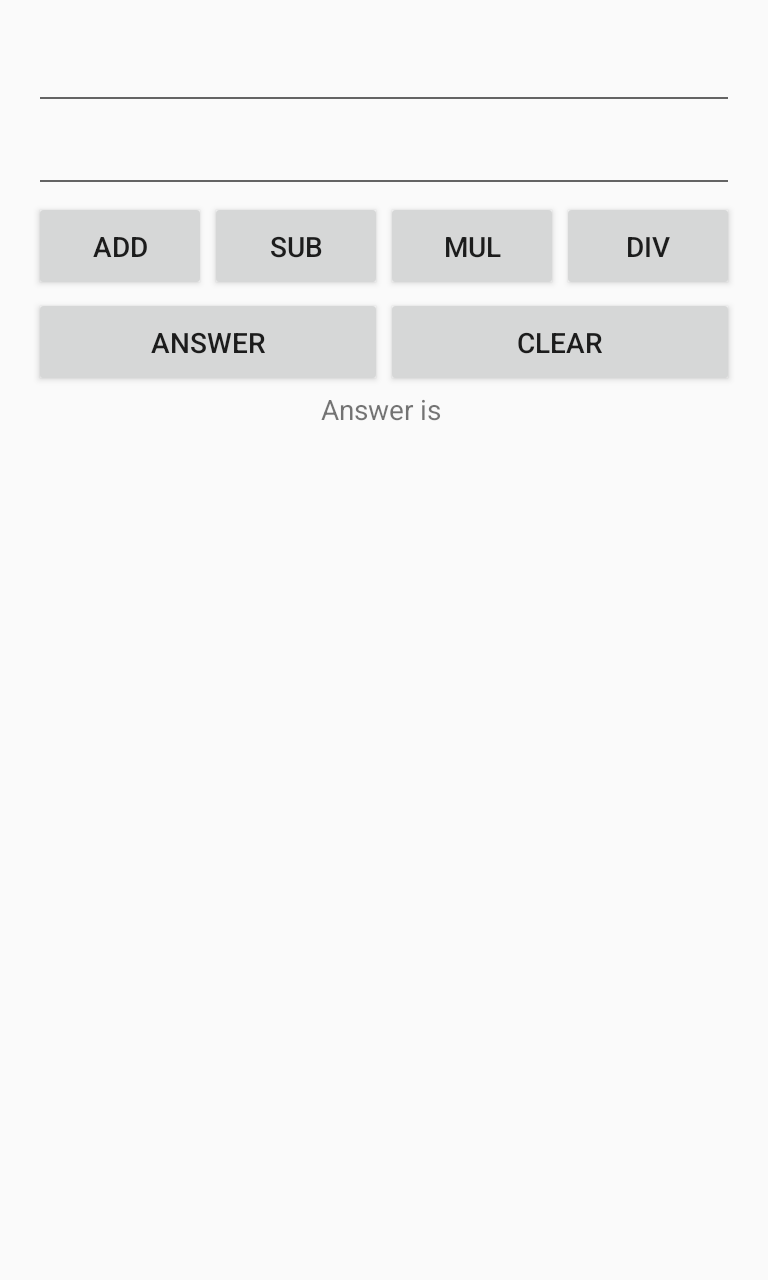
Repository: tamilkarun/Android
Layout: Calc/res/layout/fragment_main.xml
An editor plug-in stored every save of this project. The layout is shown before and after the next save, followed by the edit.
It is drawn on a 768 x 1280 px phone screen (xhdpi) without system bars, with theme AppTheme; the app's code is not run.

Above is the layout before, as saved 2014-05-14 06:25:40.

### Calc/res/layout/fragment_main.xml
<LinearLayout xmlns:android="http://schemas.android.com/apk/res/android"
    xmlns:tools="http://schemas.android.com/tools"
    android:id="@+id/LinearLayout1"
    android:layout_width="match_parent"
    android:layout_height="match_parent"
    android:orientation="vertical"
    android:paddingBottom="@dimen/activity_vertical_margin"
    android:paddingLeft="@dimen/activity_horizontal_margin"
    android:paddingRight="@dimen/activity_horizontal_margin"
    android:paddingTop="@dimen/activity_vertical_margin"
    tools:context="com.example.calc.MainActivity$PlaceholderFragment" >

    <LinearLayout
        android:id="@+id/linearLayout1"
        android:layout_width="fill_parent"
        android:layout_height="wrap_content"
        android:orientation="vertical" >

        <EditText
            android:id="@+id/Num1"
            android:layout_width="fill_parent"
            android:layout_height="wrap_content"
            android:layout_below="@+id/linearLayout1"
            android:layout_centerHorizontal="true"
            android:inputType="number" >

        </EditText>

        <EditText
            android:id="@+id/Num2"
            android:layout_width="fill_parent"
            android:layout_height="wrap_content"
            android:layout_alignLeft="@+id/Num1"
            android:layout_below="@+id/Num1"
            android:ems="10"
            android:inputType="number" />
		</LinearLayout>
		<LinearLayout
		    android:layout_width="fill_parent"
        	android:layout_height="wrap_content"
        	android:orientation="horizontal">
        <Button
            android:id="@+id/Add"
            android:layout_width="wrap_content"
            android:layout_height="wrap_content"
            android:text="Add" />
		<Button
            android:id="@+id/Sub"
            android:layout_width="wrap_content"
            android:layout_height="wrap_content"
            android:text="Sub" />
		<Button
            android:id="@+id/Mul"
            android:layout_width="wrap_content"
            android:layout_height="wrap_content"
            android:text="Mul" />
		<Button
            android:id="@+id/Div"
            android:layout_width="wrap_content"
            android:layout_height="wrap_content"
            android:text="Div" />
		</LinearLayout>

        <!-- <EditText -->
        <!-- android:id="@+id/Result" -->
        <!-- android:layout_width="wrap_content" -->
        <!-- android:layout_height="wrap_content" -->
        <!-- android:layout_alignLeft="@+id/Num2" -->
        <!-- android:layout_below="@+id/Add" -->
        <!-- android:ems="10" /> -->


    <LinearLayout
	    	android:layout_width="fill_parent"
        	android:layout_height="wrap_content"
        	android:orientation="horizontal"
        	android:weightSum="100"
        	>
        <Button
            android:id="@+id/AnswerButton"
            android:layout_width="wrap_content"
            android:layout_height="wrap_content"
            android:layout_weight="50"
            android:text="Answer" />
        <Button
            android:id="@+id/ClearButton"
            android:layout_width="wrap_content"
            android:layout_height="wrap_content"
            android:layout_weight="50"
            android:text="Clear" />

        </LinearLayout>



<TextView
            android:id="@+id/AddResult"
            android:layout_width="fill_parent"
            android:layout_height="wrap_content"
            android:text="Answer is "
            android:gravity="center" />
</LinearLayout>

Loaded but not shown: Calc/res/values/styles.xml (common file); Calc/res/values-v11/styles.xml (common file); Calc/res/values-v14/styles.xml (common file); Calc/res/values/dimens.xml (common file); Calc/res/values-w820dp/dimens.xml (common file)

After the next save:
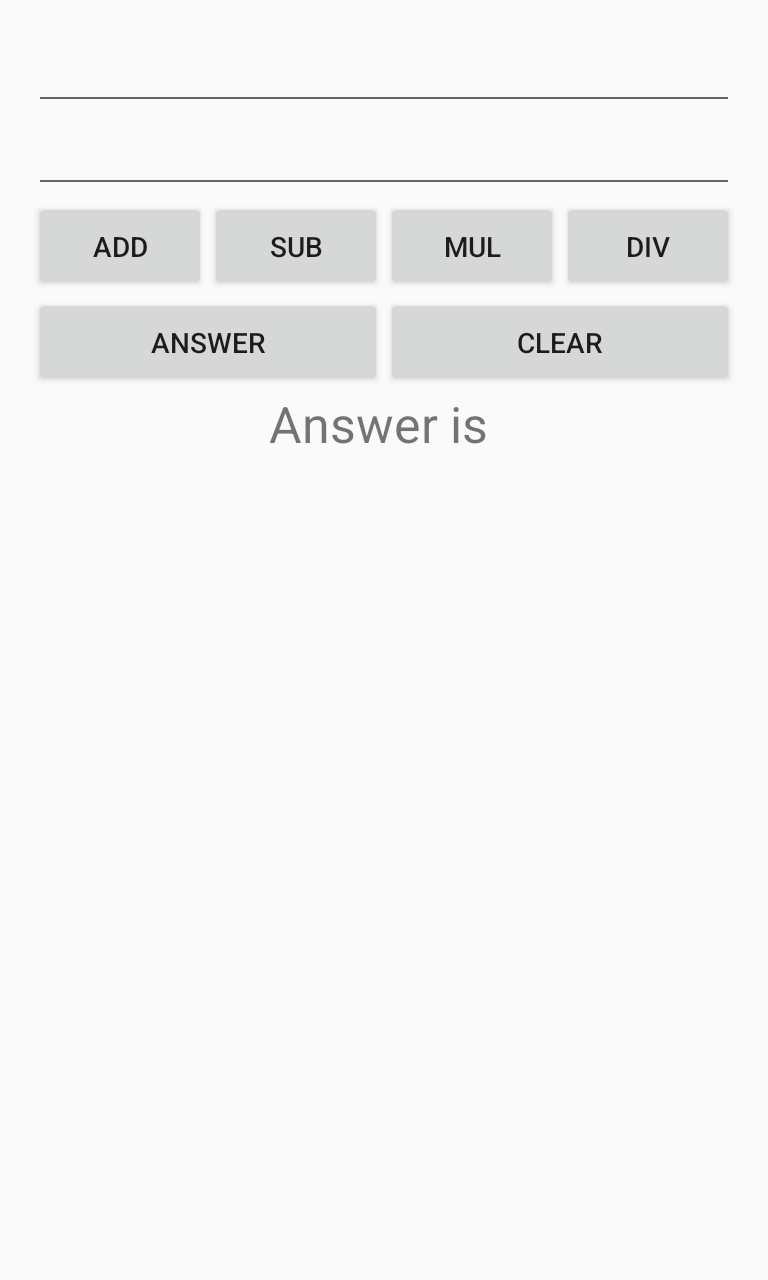
Saved 85 s later.
--- a/Calc/res/layout/fragment_main.xml
+++ b/Calc/res/layout/fragment_main.xml
@@ -98,5 +98,6 @@
             android:layout_width="fill_parent"
             android:layout_height="wrap_content"
             android:text="Answer is "
-            android:gravity="center" />
+            android:gravity="center"
+            android:textSize="25dp" />
 </LinearLayout>
